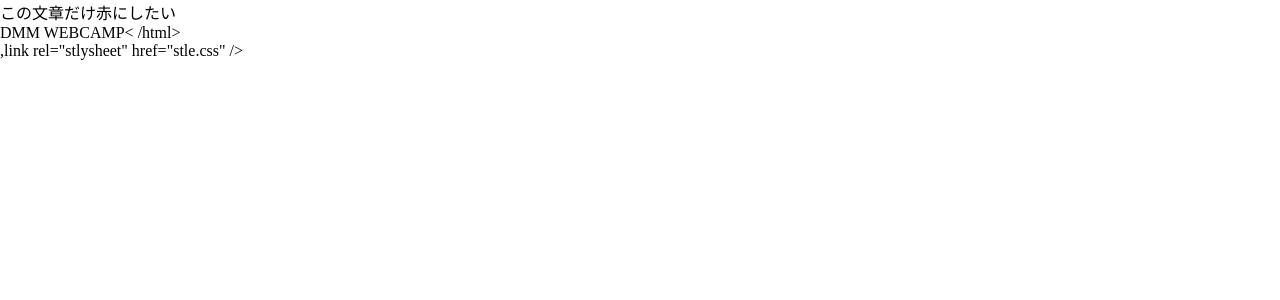
Repository: takedakazushi/git-practice
Page: sample/sample.html
The author's editor kept a record of every edit. The page is drawn from the files as they stood at one moment, then again after the next edit.
The browser window is 1280 px wide. The pictures show the whole page.

Above is the page before.

### sample/sample.html
<!DOCTYPE HTML>
<html lang="ja">
  <head>
    <meta charset="UTF-8" />
    <title>初めてのHTML</title>
    <!---->
    <link rel="stylesheet" href="stle.css" />
    <p>この文章だけ赤にしたい</p>
    <!---->
    </head>
    <body>DMM WEBCAMP</body><
    /html>
<div class="sample"></div></div>,link rel="stlysheet" href="stle.css" />

### sample/stle.css
* {
  margin: 0;
  padding: 0;
  box-sizing: border-box
}
.header {
  width: 100%;
  height: 120px;
  background-color: red;
}
.main-visual {
  width: 100%;
  height: 300px;
  background-color: orange; }

After the next edit:
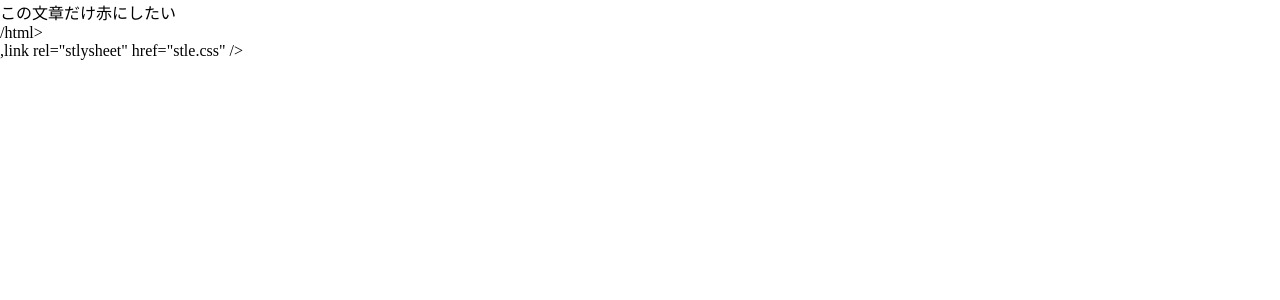
The edit:
--- a/sample/sample.html
+++ b/sample/sample.html
@@ -8,6 +8,7 @@
     <p>この文章だけ赤にしたい</p>
     <!---->
     </head>
-    <body>DMM WEBCAMP</body><
+    <body><div class="box1"></div>
+    </body>
     /html>
 <div class="sample"></div></div>,link rel="stlysheet" href="stle.css" />
